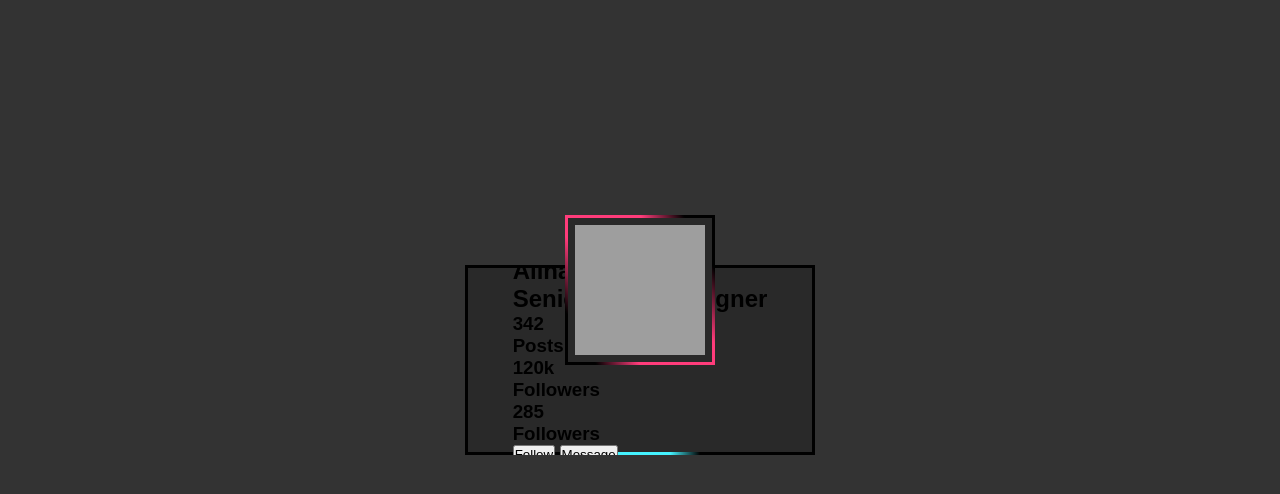
Repository: SeungYn/Javascript-study-toy
Page: profile-card/index.html
These files come from the project's save history. The page is drawn as it stood at one moment and after the next save; the edit follows.
The browser window is 1280 px wide. The pictures show the whole page.
Pictures or frames that could not be fetched are drawn as grey boxes.

Above is the page before, as saved 2023-01-12 15:51:26.

### profile-card/index.html
<!DOCTYPE html>
<html lang="en">
  <head>
    <meta charset="UTF-8" />
    <meta http-equiv="X-UA-Compatible" content="IE=edge" />
    <meta name="viewport" content="width=device-width, initial-scale=1.0" />
    <title>Document</title>
    <link rel="stylesheet" href="./style.css" />
  </head>
  <body>
    <div class="card">
      <div class="lines"></div>
      <div class="imgBx">
        <img src="수업자료.jpg" />
      </div>
      <div class="content">
        <div class="details">
          <h2>Alina Smith<br /><span>Senior UX/UI Designer</span></h2>
          <div class="data">
            <h3>342<br /><span>Posts</span></h3>
            <h3>120k<br /><span>Followers</span></h3>
            <h3>285<br /><span>Followers</span></h3>
          </div>
          <div class="actionBtn">
            <button>Follow</button>
            <button>Message</button>
          </div>
        </div>
      </div>
    </div>
  </body>
</html>

### profile-card/style.css
@import url('https://fonts.googleapis.com/css?family-Popins:100,200,300,400,500,600,700,800,900');

* {
  margin: 0;
  padding: 0;
  box-sizing: border-box;
  font-family: 'Popins', sans-serif;
}

body {
  display: flex;
  justify-content: center;
  align-items: center;
  min-height: 100vh;
  background: #333;
}

.card {
  position: relative;
  width: 350px;
  height: 190px;
  background: #333;
  transition: 0.5s;
}

.card:hover {
  height: 450px;
}

.card .lines {
  position: absolute;
  inset: 0;
  background: #000;
  overflow: hidden;
}

.card .lines::before {
  content: '';
  position: absolute;
  top: 50%;
  left: 50%;
  transform: translate(-50%, -50%);
  width: 600px;
  height: 120px;
  background: linear-gradient(
    transparent,
    #45f3ff,
    #45f3ff,
    #45f3ff,
    transparent
  );
  animation: animate 4s linear infinite;
}

@keyframes animate {
  0% {
    transform: translate(-50%, -50%) rotate(0deg);
  }

  100% {
    transform: translate(-50%, -50%) rotate(360deg);
  }
}

.card .lines::after {
  content: '';
  position: absolute;
  inset: 3px;
  background-color: #292929;
}

.card .imgBx {
  position: absolute;
  left: 50%;
  top: -50px;
  transform: translateX(-50%);
  width: 150px;
  height: 150px;
  background: #000;
  transition: 0.5s;
  z-index: 10;
  overflow: hidden;
}

.card:hover .imgBx {
  width: 250px;
  height: 250px;
}
.card .imgBx::before {
  content: '';
  position: absolute;
  top: 50%;
  left: 50%;
  width: 500px;
  height: 150px;
  transform: translate(-50%, -50%);
  background: linear-gradient(
    transparent,
    #ff3c7b,
    #ff3c7b,
    #ff3c7b,
    transparent
  );
  animation: animate2 6s linear infinite;
}

@keyframes animate2 {
  0% {
    transform: translate(-50%, -50%) rotate(360deg);
  }

  100% {
    transform: translate(-50%, -50%) rotate(0deg);
  }
}

.card .imgBx::after {
  content: '';
  position: absolute;
  inset: 3px;
  background: #292929;
}

.card .imgBx img {
  position: absolute;
  top: 10px;
  left: 10px;
  z-index: 1;
  width: calc(100% - 20px);
  height: calc(100% - 20px);
  filter: grayscale(1);
}

.card .content {
  position: absolute;
  width: 100%;
  height: 100%;
  display: flex;
  justify-content: center;
  align-items: center;
  overflow: hidden;
}

After the next save:
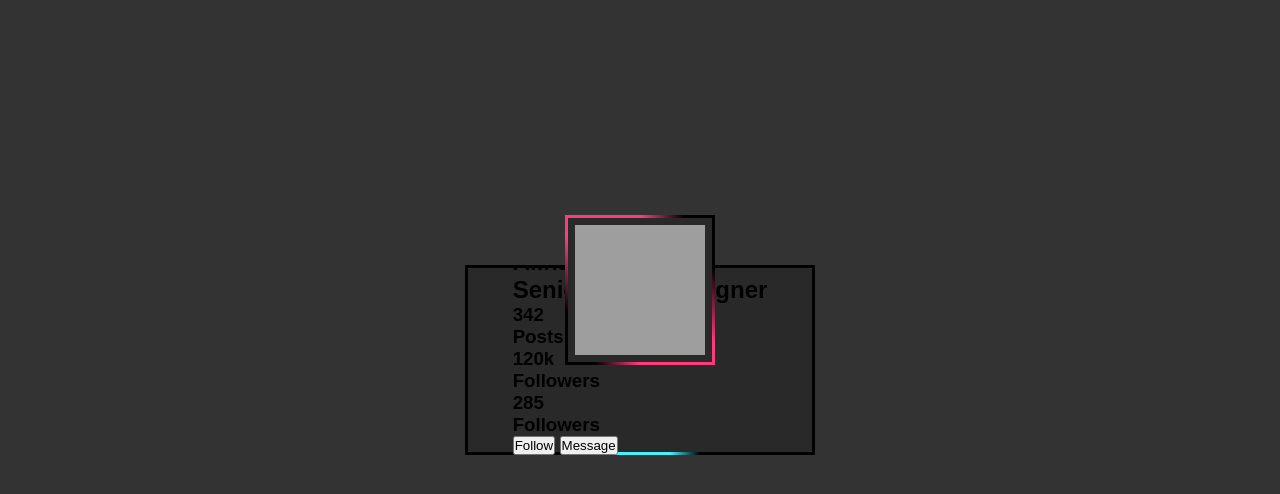
Saved 50 s later.
--- a/profile-card/style.css
+++ b/profile-card/style.css
@@ -137,6 +137,6 @@
   height: 100%;
   display: flex;
   justify-content: center;
-  align-items: center;
+  align-items: flex-end;
   overflow: hidden;
 }

After the save that followed:
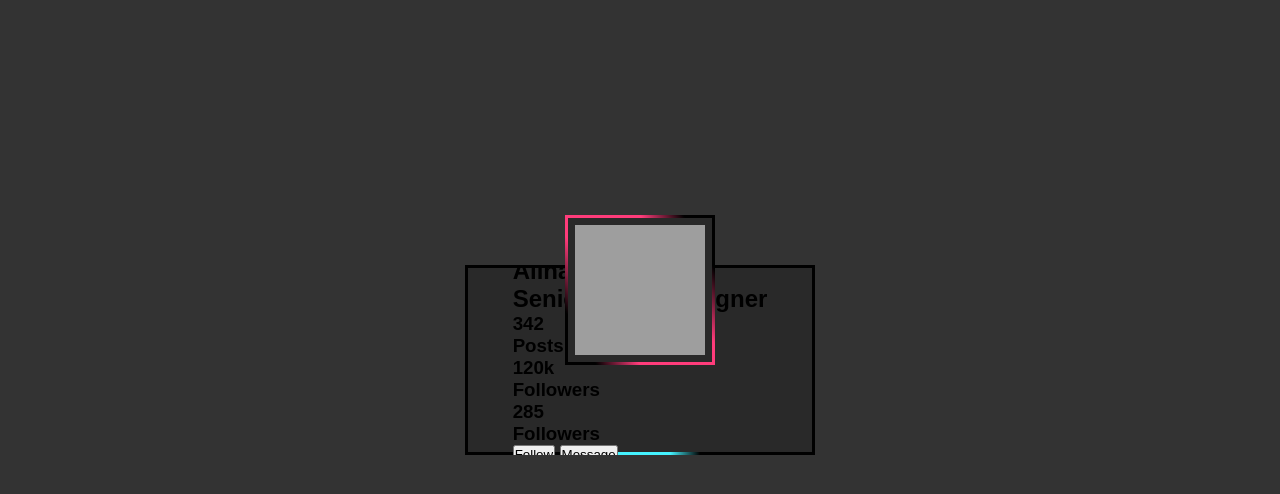
Saved 8 s later.
--- a/profile-card/style.css
+++ b/profile-card/style.css
@@ -137,6 +137,6 @@
   height: 100%;
   display: flex;
   justify-content: center;
-  align-items: flex-end;
+  align-items: center;
   overflow: hidden;
 }
